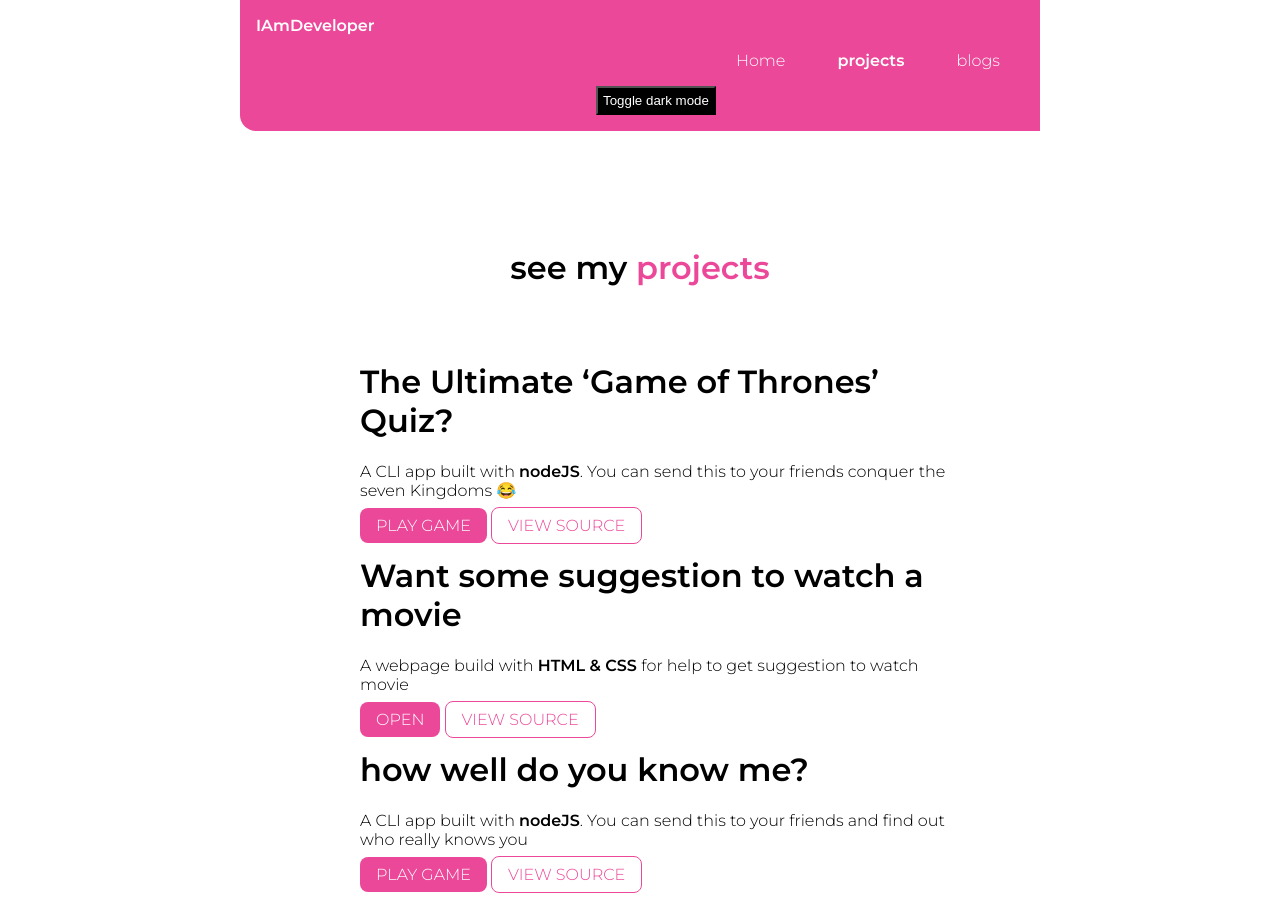
Repository: sohan2503001/Portfolio
Page: projects.html
The author's editor kept a copy of each file at every save. The page is drawn from the files as they stood at one save, then again after the next save.
The browser window is 1280 px wide. The pictures show the whole page.

Above is the page before, as saved 2021-04-12 13:38:59.

After the next save:
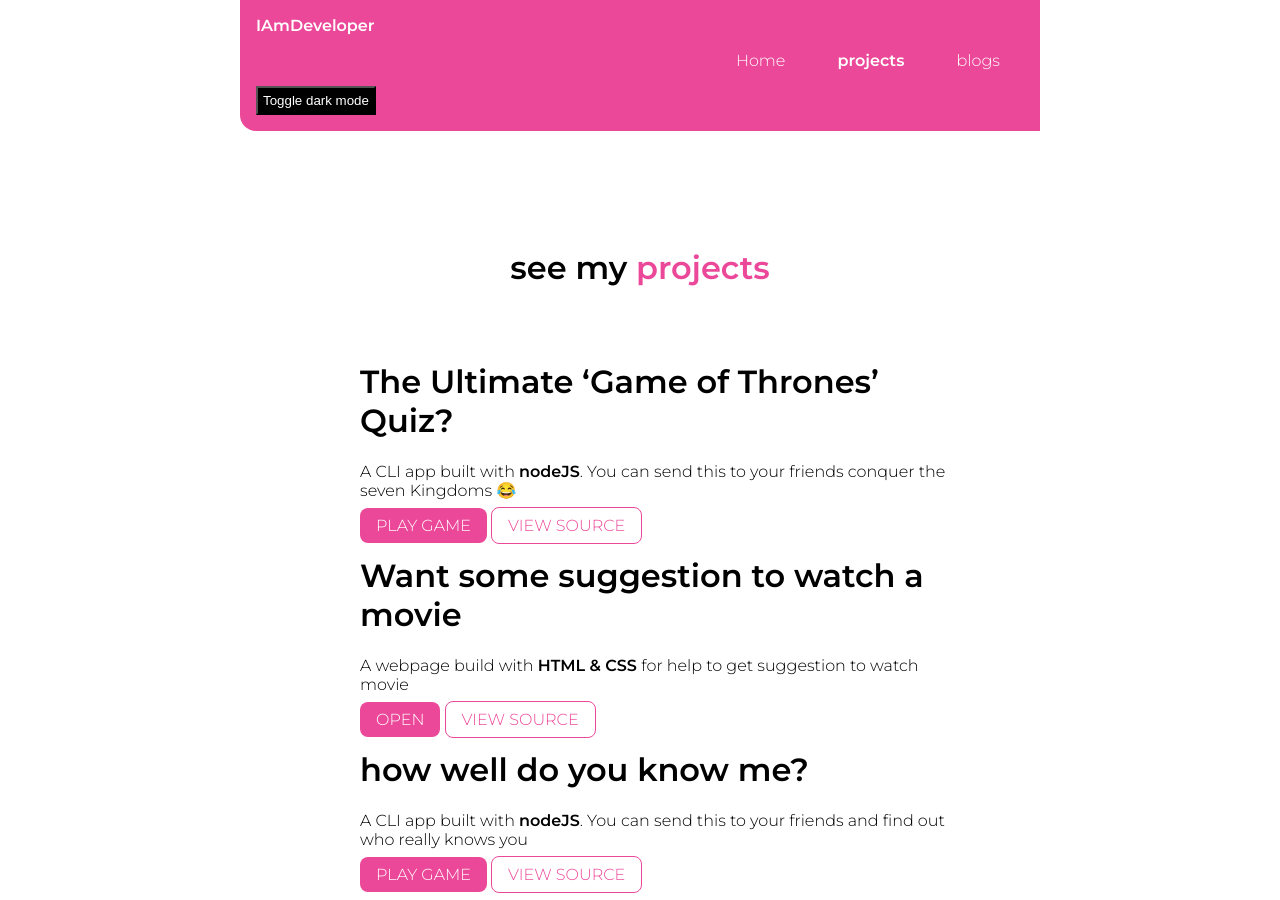
Saved 13 s later.
--- a/style.css
+++ b/style.css
@@ -153,5 +153,4 @@ hr{
     background-color: black;
     color: white;
     position: relative;
-    left: 340px;
 }
